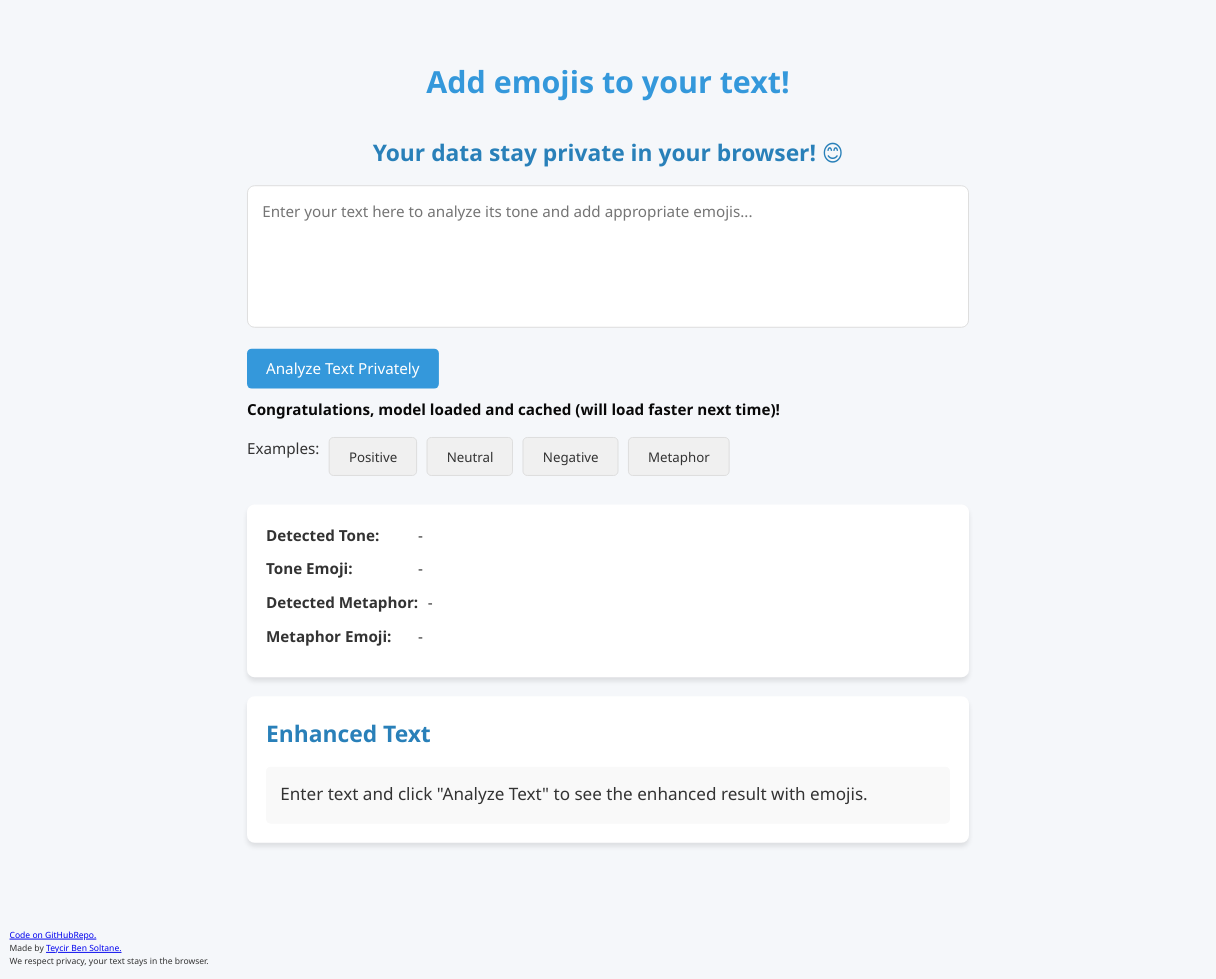
Repository: Teycir/emojiadder
Page: index.html
The author's editor kept a copy of each file at every save. The page is drawn from the files as they stood at one save, then again after the next save.
The browser window is 1280 px wide. The pictures show the whole page, at 95% of full size.

Above is the page before, as saved 2025-03-23 15:57:54.

After the next save:
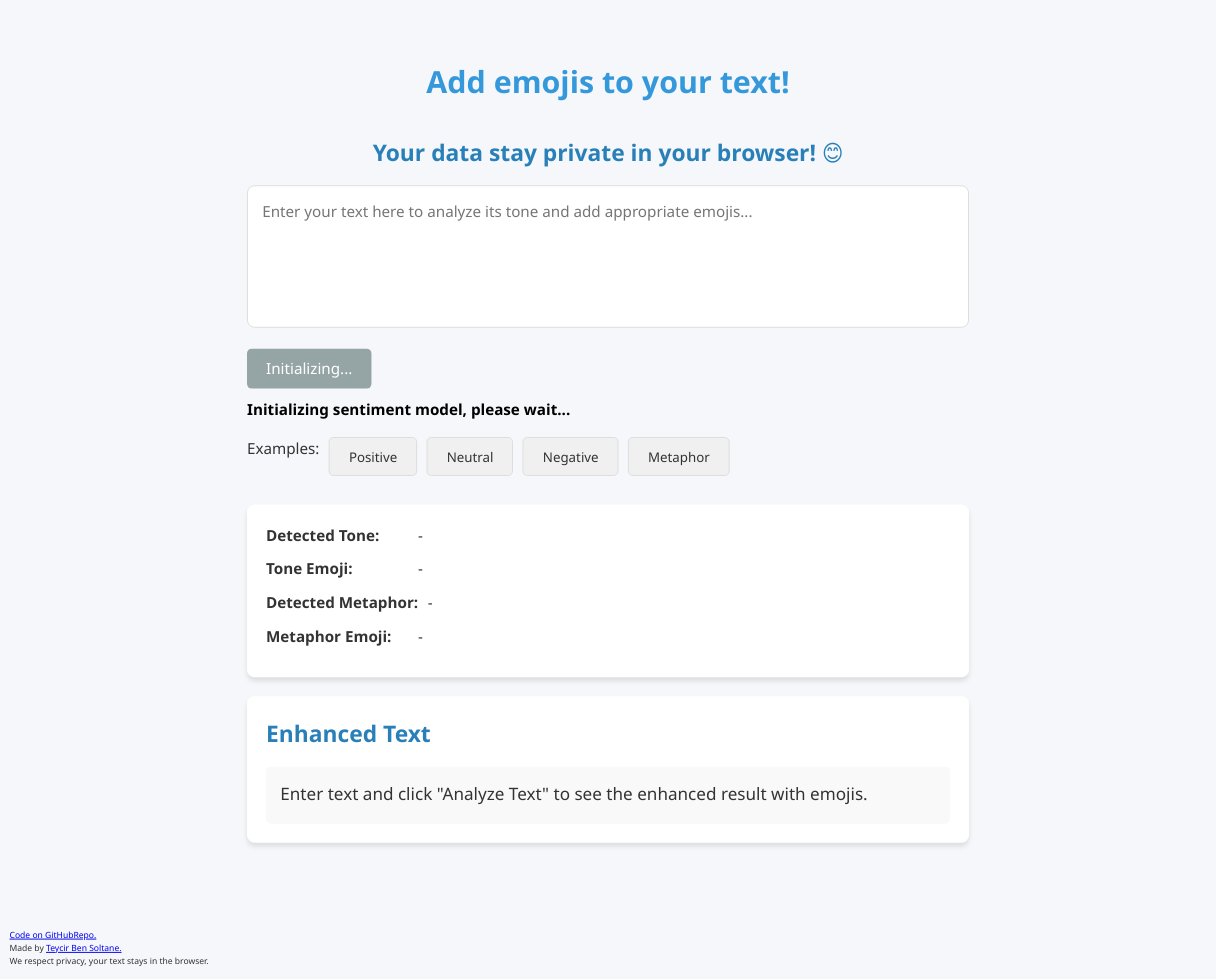
Saved 26 min 10 s later.
--- a/script.js
+++ b/script.js
@@ -15,26 +15,39 @@ document.addEventListener('DOMContentLoaded', () => {
   const exampleBtns = document.querySelectorAll('.example-btn');
   const initLabel = document.getElementById('init-label');
 
-  // Unlike before, the analyze button remains enabled during model initialization.
-  // Remove any loader display code since initialization message is shown as a label.
-
   // Create detector instance
   console.log('Creating TextToneDetector instance');
   const toneDetector = new TextToneDetector();
 
-  // Start model initialization asynchronously.
-  // If TextToneDetector provides an initialization method or a ready promise,
-  // replace the simulated delay with that. Here we simulate a 3-second initialization delay.
-  (async function initModel() {
-    await new Promise(resolve => setTimeout(resolve, 3000));
-    // Model initialization is complete.
-    initLabel.textContent = "Congratulations, model loaded and cached (will load faster next time)!";
-    initLabel.style.transition = "opacity 2s";
-    // Fade out the initialization label after 2 seconds.
-    setTimeout(() => {
-      initLabel.style.opacity = 0;
-    }, 2000);
-  })();
+  // Disable analyze button until model is actually loaded
+  analyzeBtn.disabled = true;
+  analyzeBtn.textContent = 'Initializing...';
+  initLabel.textContent = "Initializing sentiment model, please wait...";
+
+  // Track when the model is actually loaded by checking toneDetector.isModelLoaded
+  const checkModelLoaded = () => {
+    if (toneDetector.isModelLoaded) {
+      // Model is confirmed to be loaded - enable button and update message
+      analyzeBtn.disabled = false;
+      analyzeBtn.textContent = 'Analyze Text Privately';
+      initLabel.textContent = "Congratulations, model loaded and cached (will load faster next time)!";
+      initLabel.style.transition = "opacity 2s";
+
+      // Fade out the initialization label after 2 seconds
+      setTimeout(() => {
+        initLabel.style.opacity = 0;
+      }, 2000);
+
+      return true;
+    }
+
+    // Model not loaded yet, check again in 500ms
+    setTimeout(checkModelLoaded, 500);
+    return false;
+  };
+
+  // Start checking if model is loaded
+  checkModelLoaded();
 
   // Add event listener to limit textarea to 400 lines and alert if exceeded
   textInput.addEventListener('input', function() {
